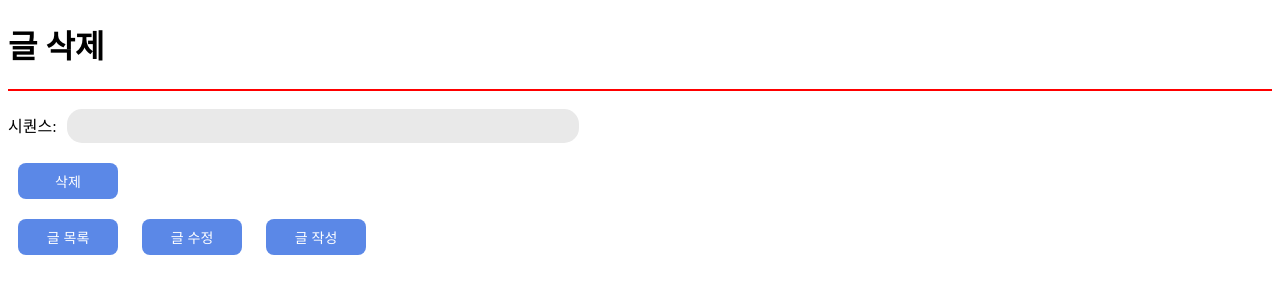
Repository: Yusubin/workEx
Page: test00/src/main/webapp/deleteForm.html
These files come from the project's save history. The page is drawn as it stood at one moment and after a run of saves; the edit follows.
The browser window is 1280 px wide. The pictures show the whole page.

Above is the page before, as saved 2022-02-15 03:29:19.

After the next 2 saves:
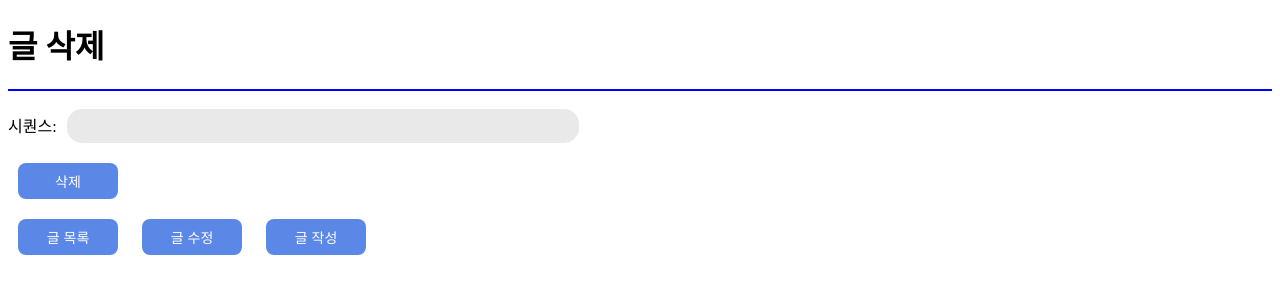
The 2 saves are shown as one change because they came seconds apart.
The last was saved 10 s later.
--- a/test00/src/main/webapp/deleteForm.html
+++ b/test00/src/main/webapp/deleteForm.html
@@ -7,7 +7,7 @@
 </head>
 <body>
 <h1>글 삭제</h1>
-	<hr color="red" >
+	<hr color="blue">
 	<form action="delete.jsp" method="get">
 		시퀀스:<input type="text" name="idx"><br>
 	<button>삭제</button>
